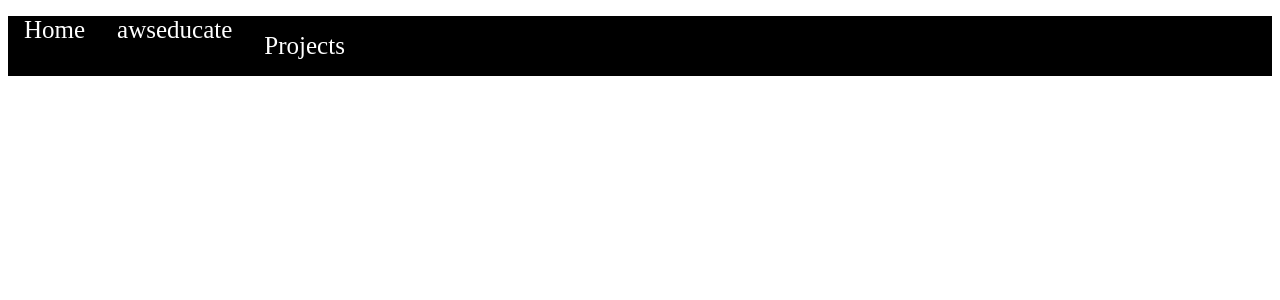
Repository: VidalLopez/VidalLopez.github.io
Page: index.html
The author's editor kept a record of every edit. The page is drawn from the files as they stood at one moment, then again after the next edit.
The browser window is 1280 px wide. The pictures show the whole page.

Above is the page before.

After the next edit:
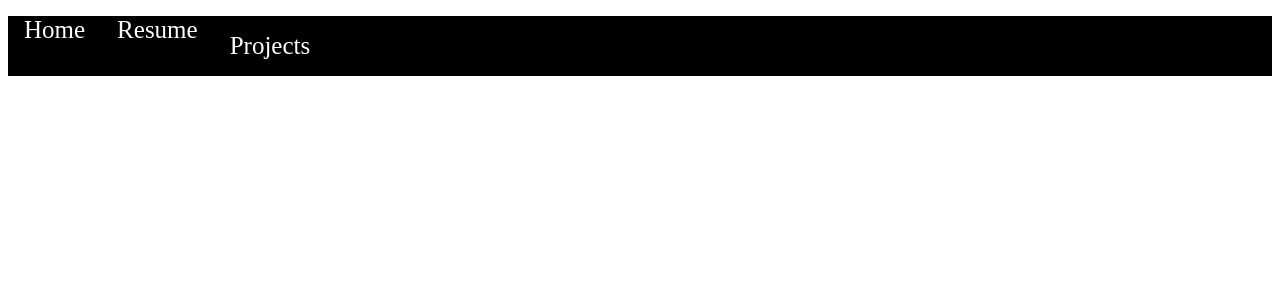
The edit:
--- a/index.html
+++ b/index.html
@@ -44,7 +44,7 @@
       <a href="https://www.google.com">Home</a>
     </li>
     <li>
-      <a href="https://awseducate.com">awseducate</a>
+      <a href="https://awseducate.com">Resume</a>
     </li>
     <li class="dropdown">
       <div class="more">Projects</div>
